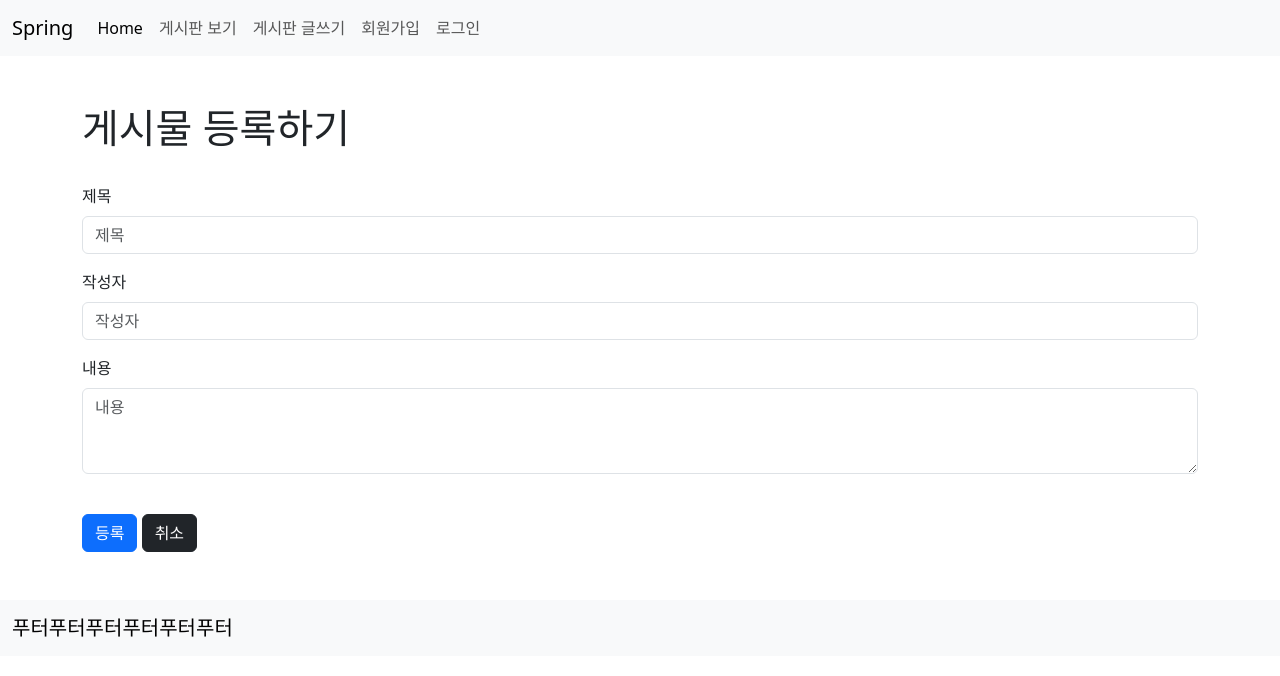
Repository: Jensuchan/spring_solo_project
Page: http://localhost/spring_test/WEB-INF/views/board/list.jsp
The author's editor kept a copy of each file at every save. The page is drawn from the files as they stood at one save, then again after the next save.
The browser window is 1280 px wide. The pictures show the whole page.
The page is served by Tomcat 9. Nobody is signed in. The template is opened directly, without the code that normally fills it, so the values that code supplies are empty.

Above is the page before, as saved 2024-01-16 06:12:25.

After the next save:
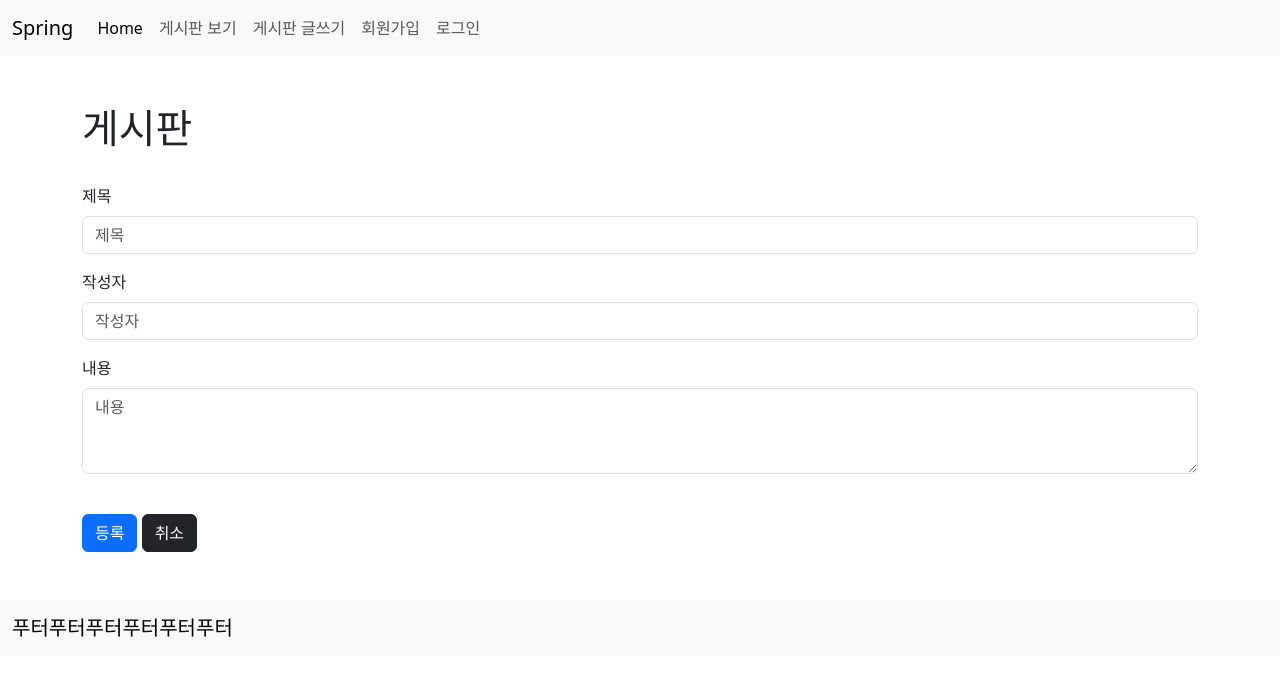
Saved 19 s later.
--- a/spring_test/src/main/webapp/WEB-INF/views/board/list.jsp
+++ b/spring_test/src/main/webapp/WEB-INF/views/board/list.jsp
@@ -6,7 +6,7 @@
 
 
 <div class="container">
-	<h1>게시물 등록하기</h1><br>
+	<h1>게시판</h1><br>
 	<form action="/board/register" method="post">
 		<div class="mb-3">
 			<label for="title" class="form-label">제목</label>
@@ -24,7 +24,6 @@
 		<button type="submit" class="btn btn-primary">등록</button>
 		<a href="/"><button type="button" class="btn btn-dark">취소</button></a>
 	</form>
-
 </div>
 
 <jsp:include page="../layout/footer.jsp"></jsp:include>
